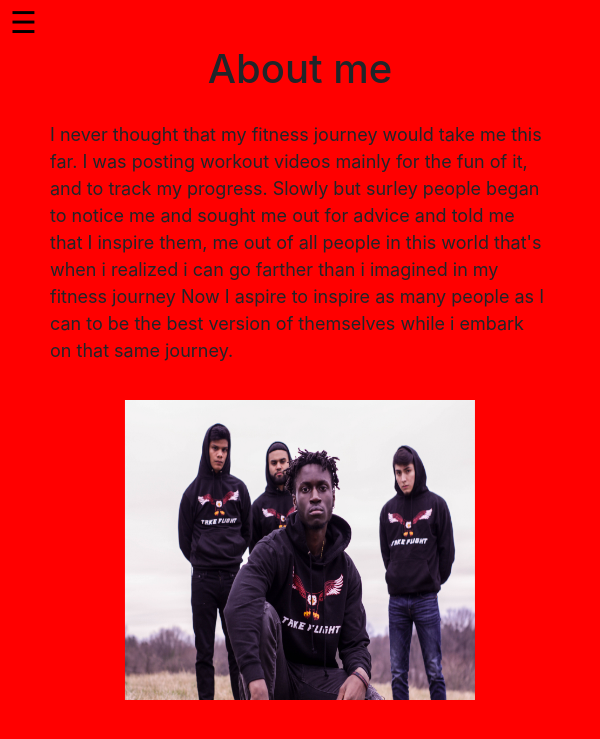
Repository: mamadont/MamadouFitnessWebsite
Page: pages-html/about-me.html
The author's editor kept a copy of each file at every save. The page is drawn from the files as they stood at one save, then again after the next save.
The browser window is 600 px wide. The pictures show the whole page.
Some web libraries are served in a nearby version.

Above is the page before, as saved 2020-07-12 02:07:29.

### pages-html/about-me.html
<!DOCTYPE html>
<html>

<head>
    <title>Mamadou Fitness</title>
    <link rel="stylesheet" href='../pages-css/about-me.css'>
    <meta name="viewport" content="width=device-width, initial-scale=1.0">

    <link href='https://fonts.googleapis.com/css?family=Montserrat' rel='stylesheet'>

    <!-- Bootstrap -->
    <link rel="stylesheet" href="https://stackpath.bootstrapcdn.com/bootstrap/4.5.0/css/bootstrap.min.css" integrity="sha384-9aIt2nRpC12Uk9gS9baDl411NQApFmC26EwAOH8WgZl5MYYxFfc+NcPb1dKGj7Sk" crossorigin="anonymous">
    <!-- Animate.CSS-->
    <link rel="stylesheet" href="https://cdnjs.cloudflare.com/ajax/libs/animate.css/4.0.0/animate.min.css" />
    <!-- Font Awesome -->
    <script src="https://kit.fontawesome.com/0a51dc7bb6.js" crossorigin="anonymous"></script>
</head>

<body>
    <!-- Parent container-->
    <div id="main" class="bg">
        <!-- Hamburger Icon-->
        <span class="menu-icon" onclick="openNav()">&#9776; </span>

        <!-- About me content-->
        <div class="container">
            <!-- Header -->
            <div class="row justify-content-center animate__animated animate__slideInDown">
                <h1 id="header"> About me</h1>
            </div>

            <!-- About me description -->
            <div id="about-me-desc" class="row justify-content-center animate__animated animate__slideInLeft">
                <div>
                    <p>I never thought that my fitness journey would take me this far. I was posting workout videos mainly for the fun of it, and to track my progress. Slowly but surley people began to notice me and sought me out for advice and told me that
                        I inspire them, me out of all people in this world that's when i realized i can go farther than i imagined in my fitness journey Now I aspire to inspire as many people as I can to be the best version of themselves while i embark
                        on that same journey.</p>
                </div>
            </div>

            <div class="row animate__animated animate__slideInRight">
                <img id="my-image" src="../assets/pic2.JPG" />
            </div>

            <!-- Images -->
            <!-- <div id="carousel" class="row carousel slide animate__animated animate__slideInRight" data-ride="carousel">
                <div class="carousel-inner">
                    <div class="carousel-item active">
                        <img class="d-block w-100" src="../assets/pic1.jpg" />
                    </div>
                    <div class="carousel-item">
                        <img class=" w-100" src="../assets/pic2.JPG" />
                    </div>
                    <div class="carousel-item">
                        <img class="d-block w-100" src="../assets/pic3.JPG" />
                    </div>
                    <div class="carousel-item">
                        <img class="d-block w-100" src="../assets/pic4.JPG" />
                    </div>
                </div>
                <a class="carousel-control-prev" href="#carousel" role="button" data-slide="prev">
                    <span class="carousel-control-prev-icon" aria-hidden="true"></span>
                    <span class="sr-only">Previous</span>
                </a>
                <a class="carousel-control-next" href="#carousel" role="button" data-slide="next">
                    <span class="carousel-control-next-icon" aria-hidden="true"></span>
                    <span class="sr-only">Next</span>
                </a>
            </div> -->

        </div>
    </div>

    <!-- Side menu-->
    <div id="myNav" class="overlay">
        <a href="javascript:void(0)" class="closebtn" onclick="closeNav()">&times;</a>
        <div class="overlay-content">
            <!-- Menu Options -->
            <a href="../index.html">Home</a>
            <a href="./about-me.html">About me</a>
            <a href="./social-media.html">Social Media</a>
            <a href="#">Workout Programs</a>
            <a href="#">Shop</a>
            <a href="./contact-me.html">Apply for Coaching</a>
        </div>
    </div>

    <!-- Javascript for this page-->
    <script src="../scripts/script.js"></script>
    <!-- Necessary script tags for Bootstrap-->
    <script src="https://code.jquery.com/jquery-3.5.1.slim.min.js" integrity="sha384-DfXdz2htPH0lsSSs5nCTpuj/zy4C+OGpamoFVy38MVBnE+IbbVYUew+OrCXaRkfj" crossorigin="anonymous"></script>
    <script src="https://cdn.jsdelivr.net/npm/popper.js@1.16.0/dist/umd/popper.min.js" integrity="sha384-Q6E9RHvbIyZFJoft+2mJbHaEWldlvI9IOYy5n3zV9zzTtmI3UksdQRVvoxMfooAo" crossorigin="anonymous"></script>
    <script src="https://stackpath.bootstrapcdn.com/bootstrap/4.5.0/js/bootstrap.min.js" integrity="sha384-OgVRvuATP1z7JjHLkuOU7Xw704+h835Lr+6QL9UvYjZE3Ipu6Tp75j7Bh/kR0JKI" crossorigin="anonymous"></script>
</body>

</html>

### pages-css/about-me.css
/* Background Image */

body,
html {
    height: 100%;
    overflow-x: hidden;
    background-color: red;
}

.bg {
    /* The image used */
    background-color: #FF0000;
    /* Full height */
    height: 100%;
    /* Center and scale the image nicely */
    background-position: center;
    background-repeat: no-repeat;
    background-size: cover;
    z-index: -1;
}


/* Hamburger (Menu) icon */

.menu-icon {
    font-size: 30px;
    cursor: pointer;
    padding-left: 10px;
    color: black;
    height: 300px;
    width: 300px;
}


/* About me header */

#about-me-header {
    text-align: center;
}


/* Menu overlay */

.overlay {
    height: 100%;
    width: 0;
    position: fixed;
    z-index: 1;
    top: 0;
    left: 0;
    background-color: black;
    overflow-x: hidden;
    transition: 0.5s;
}

.overlay-content {
    position: relative;
    top: 25%;
    width: 100%;
    text-align: center;
    margin-top: 30px;
}

.overlay a {
    padding: 8px;
    text-decoration: none;
    font-size: 36px;
    color: #818181;
    display: block;
    transition: 0.3s;
}

.overlay a:hover,
.overlay a:focus {
    color: red;
    text-decoration: none;
}

.overlay .closebtn {
    position: absolute;
    top: 20px;
    right: 45px;
    font-size: 60px;
}

@media screen and (max-height: 450px) {
    .overlay a {
        font-size: 20px
    }
    .overlay .closebtn {
        font-size: 40px;
        top: 15px;
        right: 35px;
    }
}


/* About me content */

p {
    font-size: 22px;
}

#header {
    text-align: center;
}

#my-image {
    height: 350px;
    width: 500px;
    margin: auto;
}

.animate__animated {
    --animation-duration: 3s;
}


/* For smaller screens */

@media(max-width: 767px) {
    p {
        font-size: large;
    }
    #about-me-desc {
        padding: 20px;
    }
    #my-image {
        height: 300px;
        width: 350px;
        margin: auto;
    }
}

### scripts/script.js
function openNav() {
    // Changes width based on the width of the viewport (30% for larger screens, 100% for smaller screens)
    if (window.innerWidth < 1280) {
        document.getElementById("myNav").style.width = "100%";
    } else {
        document.getElementById("myNav").style.width = "30%";
    }

    document.getElementById("main").style.opacity = 0.5;



}

function closeNav() {
    document.getElementById("myNav").style.width = "0%";
    document.getElementById("main").style.opacity = 1.0
}

After the next save:
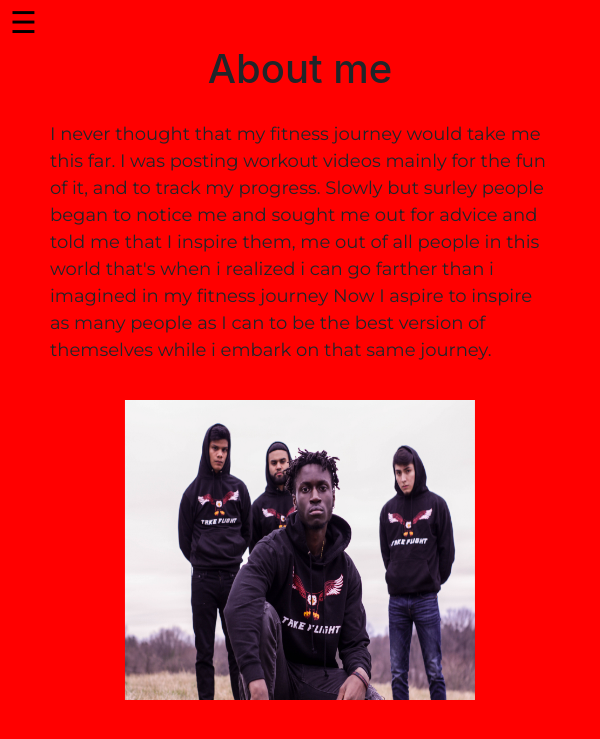
Saved 22 s later.
--- a/pages-css/about-me.css
+++ b/pages-css/about-me.css
@@ -121,6 +121,7 @@ p {
 @media(max-width: 767px) {
     p {
         font-size: large;
+        font-family: 'Montserrat';
     }
     #about-me-desc {
         padding: 20px;
